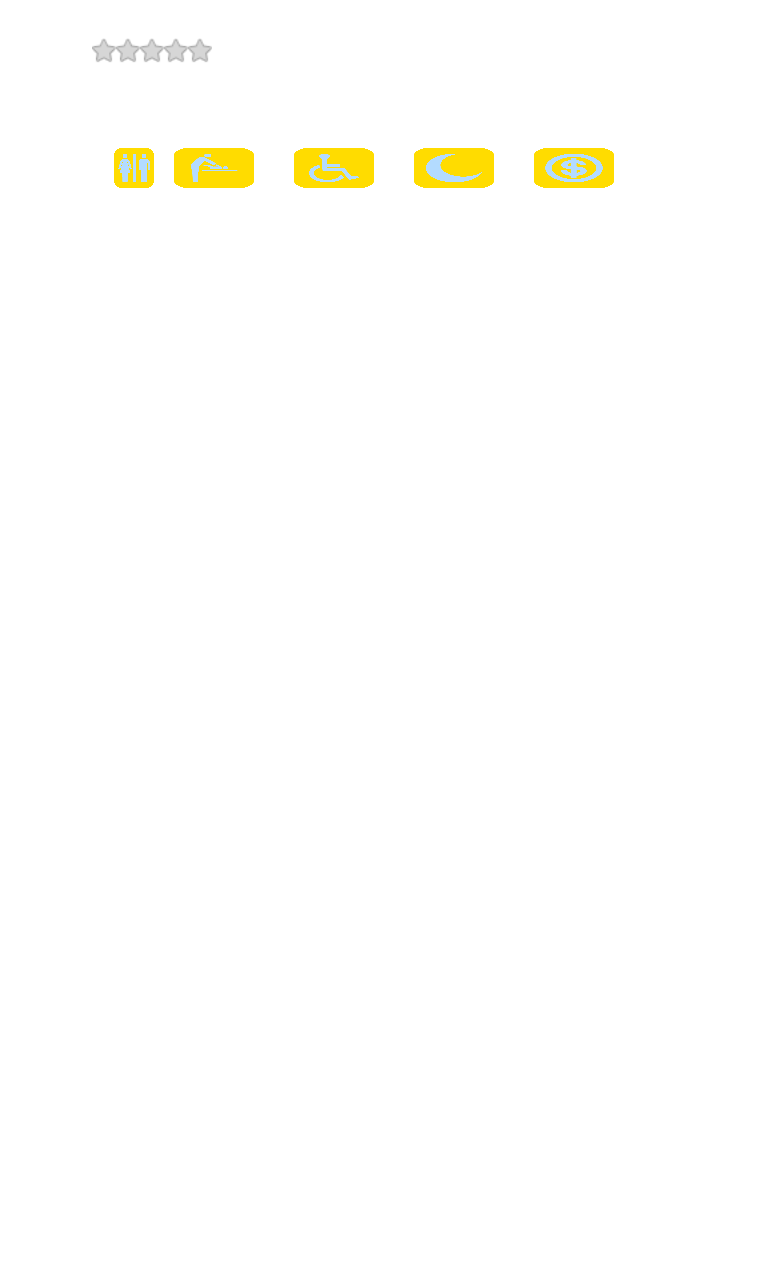
Repository: asocha/toilettalk
Layout: Android/workspace/ToiletTalk/res/layout/google_maps_marker.xml
The author's editor kept a copy of each file at every save. The layout is drawn from the files as they stood at one save, then again after the next save.
It is drawn on a 768 x 1280 px phone screen (xhdpi) without system bars, with theme AppTheme; the app's code is not run.

Above is the layout before, as saved 2013-04-28 21:23:36.

After the next save:
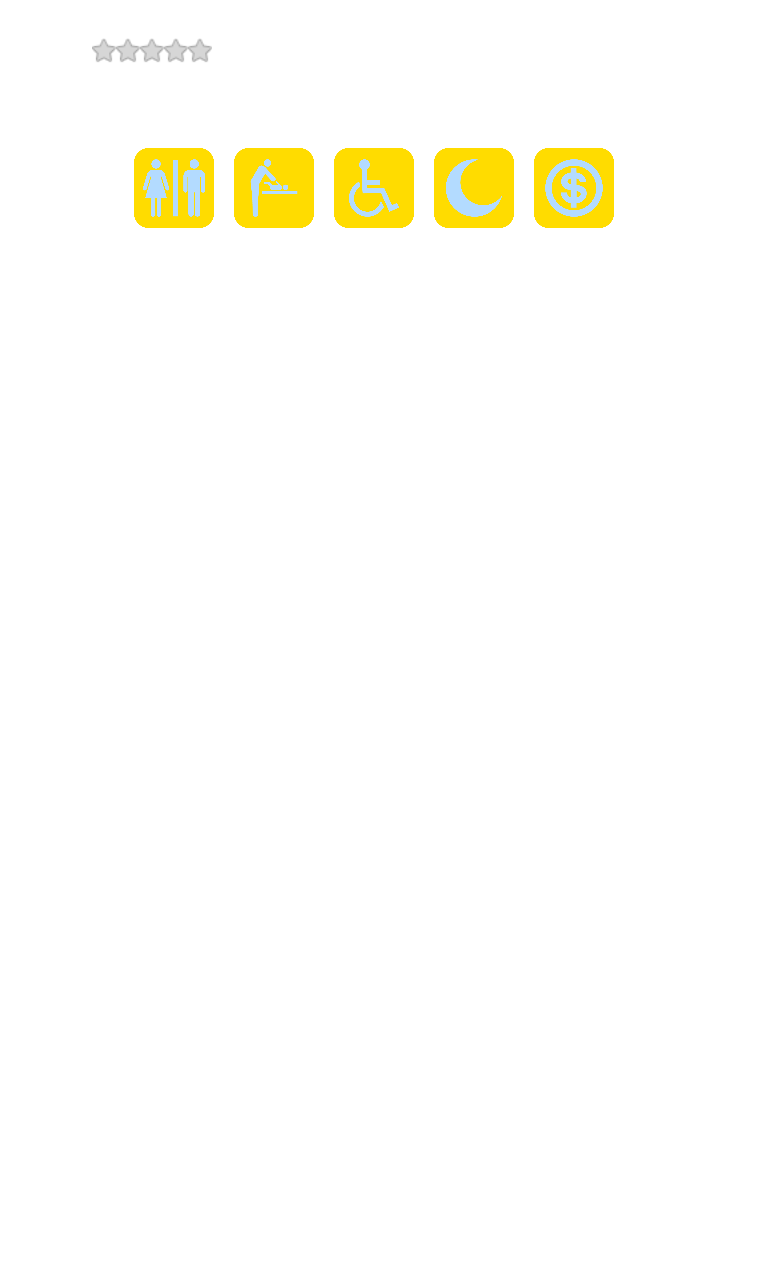
Saved 7 s later.
--- a/Android/workspace/ToiletTalk/res/layout/google_maps_marker.xml
+++ b/Android/workspace/ToiletTalk/res/layout/google_maps_marker.xml
@@ -42,14 +42,14 @@
         android:id="@+id/view_icons"
         android:layout_width="wrap_content"
         android:layout_marginTop="15dp"
-        android:layout_height="20dp"
+        android:layout_height="40dp"
         android:layout_below="@+id/marker_address"
         android:layout_centerHorizontal="true" >
 
         <ToggleButton
             android:id="@+id/button_unisex"
             android:layout_marginRight="10dp"
-            android:layout_width="20dp"
+            android:layout_width="40dp"
             android:layout_height="fill_parent"
             android:background="@drawable/button_unisex"
             android:textOn=""
@@ -57,7 +57,7 @@
 
         <ToggleButton
             android:id="@+id/button_babystation"
-            android:layout_marginRight="20dp"
+            android:layout_marginRight="10dp"
             android:layout_width="40dp"
             android:layout_height="fill_parent"
             android:background="@drawable/button_baby_station"
@@ -66,7 +66,7 @@
 
         <ToggleButton
             android:id="@+id/button_handicap"
-            android:layout_marginRight="20dp"
+            android:layout_marginRight="10dp"
             android:layout_width="40dp"
             android:layout_height="fill_parent"
             android:background="@drawable/button_handicap"
@@ -75,7 +75,7 @@
 
         <ToggleButton
             android:id="@+id/button_24hours"
-            android:layout_marginRight="20dp"
+            android:layout_marginRight="10dp"
             android:layout_width="40dp"
             android:layout_height="fill_parent"
             android:background="@drawable/button_24hours"
@@ -84,7 +84,7 @@
 
         <ToggleButton
             android:id="@+id/button_money"
-            android:layout_marginRight="20dp"
+            android:layout_marginRight="10dp"
             android:layout_width="40dp"
             android:layout_height="fill_parent"
             android:background="@drawable/button_money"
